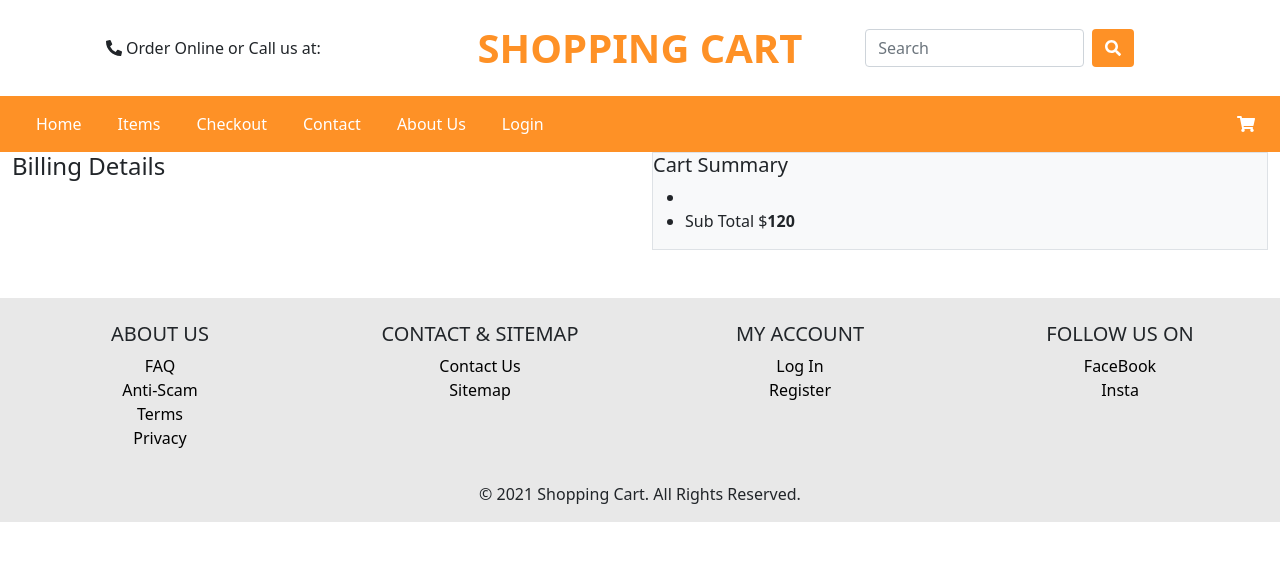
Repository: SaudCh/React-Ecommerce
Page: /checkout
The author's editor kept a copy of each file at every save. The page is drawn from the files as they stood at one save, then again after the next save.
The browser window is 1280 px wide. The pictures show the whole page.
The project was rebuilt for these pictures with package versions that can differ from the ones it lists, and the page was loaded fresh each time. Also part of the build but not shown: src/App.css, src/Home/Carousel.jsx, src/data/items.js, src/data/discounted.js, src/Home/Card.jsx, src/Home/home.jsx, src/Login/Login.jsx, src/Register/register.jsx and 5 more.

Above is the page before, as saved 2021-12-27 21:36:51.

### src/App.js
import "./App.css";
import Header from "./Header/Header";
import "../node_modules/bootstrap/dist/css/bootstrap.min.css";
import "../node_modules/bootstrap/dist/js/bootstrap.bundle.min";
import Home from "./Home/home";
import { BrowserRouter, Switch, Route } from "react-router-dom";
import Login from "./Login/Login";
import Register from "./Register/register";
import Item from "./Item/item";
import Footer from "./Footer/Footer";
import React, { useState } from "react";
import Cart from "./Cart/Cart";
import CheckOut from "./CheckOut/CheckOut";
import Items from "./AllItems/items";

function App() {
  const [cart, setCart] = useState([]);
  const cartHandler = (prod) => {
    //console.log(prod);
    setCart((product) => [...product, prod]);
    //console.log(cart);
  };
  const removeCart = (id) => {
    //console.log(id);
    setCart((c) => {
      return c.filter((ca) => ca.id !== id);
    });
  };
  return (
    <BrowserRouter>
      <Header cart={cart} />
      <Switch>
        <Route path="/" exact>
          <Home cartHandler={cartHandler} />
        </Route>
        <Route path="/product/:pid" exact>
          <Item />
        </Route>
        <Route path="/products" exact>
          <Items cartHandler={cartHandler} />
        </Route>
        <Route path="/login" exact>
          <Login />
        </Route>
        <Route path="/register" exact>
          <Register />
        </Route>
        <Route path="/cart" exact>
          {/* <Register /> */}
          <Cart cart={cart} removeCart={removeCart} />
        </Route>
        <Route path="/checkout" exact>
          <CheckOut />
        </Route>
      </Switch>
      <Footer />
    </BrowserRouter>
  );
}

export default App;

### src/Header/Header.jsx
import {
  faPhoneAlt,
  faSearch,
  faShoppingCart,
} from "@fortawesome/free-solid-svg-icons";
import { FontAwesomeIcon } from "@fortawesome/react-fontawesome";
import React from "react";
import { Link } from "react-router-dom";
import "./Header.css";

export default function Header(props) {
  return (
    <div>
      <nav className="container-fluid  my-4">
        <div className="row align-items-center">
          <div className="col-12 col-md-4 my-2 my-lg-0 text-center ">
            <p className="m-0 p-0">
              <FontAwesomeIcon icon={faPhoneAlt} /> Order Online or Call us at:{" "}
            </p>
          </div>
          <div className="col-12 col-md-4 my-2 my-lg-0 text-center">
            <p className="m-0 fw-bold h1" style={{ color: "#fe9126" }}>
              SHOPPING CART
            </p>
          </div>
          <div className="col-12 col-md-4 my-2 my-lg-0 text-center">
            <form class="d-flex col-12 col-lg-8">
              <input
                class="form-control me-2"
                type="search"
                placeholder="Search"
                aria-label="Search"
              />
              <button
                class="btn text-white"
                style={{ backgroundColor: "#fe9126" }}
                type="submit"
              >
                <FontAwesomeIcon icon={faSearch} />
              </button>
            </form>
          </div>
        </div>
      </nav>
      <nav
        class="navbar navbar-expand-md navbar-dark"
        style={{ backgroundColor: "#fe9126" }}
      >
        <div class="container-fluid">
          <Link class="navbar-brand" href="#"></Link>

          <button
            class="navbar-toggler"
            type="button"
            data-bs-toggle="collapse"
            data-bs-target="#navbarSupportedContent"
            aria-controls="navbarSupportedContent"
            aria-expanded="false"
            aria-label="Toggle navigation"
          >
            <span class="navbar-toggler-icon"></span>
          </button>
          <div class="collapse navbar-collapse" id="navbarSupportedContent">
            <ul class="navbar-nav me-auto mb-2 mb-lg-0 nav-ul">
              <li class="nav-item">
                <Link class="nav-link  text-white" aria-current="page" to="/">
                  Home
                </Link>
              </li>
              <li class="nav-item">
                <Link class="nav-link  text-white" to="/products">
                  Items
                </Link>
              </li>

              <li class="nav-item">
                <Link
                  class="nav-link text-white"
                  to="/checkout"
                  tabindex="-1"
                  aria-disabled="true"
                >
                  Checkout
                </Link>
              </li>
              <li class="nav-item">
                <Link
                  class="nav-link text-white"
                  to="#"
                  tabindex="-1"
                  aria-disabled="true"
                >
                  Contact
                </Link>
              </li>
              <li class="nav-item">
                <Link
                  class="nav-link text-white"
                  to="#"
                  tabindex="-1"
                  aria-disabled="true"
                >
                  About Us
                </Link>
              </li>
              <li class="nav-item">
                <Link
                  class="nav-link text-white"
                  to="/login"
                  tabindex="-1"
                  aria-disabled="true"
                >
                  Login
                </Link>
              </li>
            </ul>
            <Link to="/cart" className="btn text-white">
              <FontAwesomeIcon icon={faShoppingCart} />
              {props.cart.length ? (
                <span
                  className="bg-danger"
                  style={{
                    borderRadius: "50%",
                    position: "absolute",
                    top: 10,
                    right: 10,
                    height: 20,
                    width: 20,
                    display: "flex",
                    alignItems: "center",
                    justifyContent: "center",
                  }}
                >
                  {props.cart.length}
                </span>
              ) : null}
            </Link>
          </div>
        </div>
      </nav>
    </div>
  );
}

### src/Footer/Footer.jsx
import React from "react";
import "./footer.css";

export default function Footer() {
  return (
    <footer
      style={{ backgroundColor: "#e8e8e8" }}
      class="page-footer font-small blue pt-4 mt-5"
    >
      <div class="container-fluid text-center text-md-left">
        <div class="row">
          <div class="col-md-3 mb-md-0 mb-3">
            <h5 class="text-uppercase">ABOUT US</h5>

            <ul class="list-unstyled">
              <li>
                <a href="#!">FAQ</a>
              </li>
              <li>
                <a href="#!">Anti-Scam</a>
              </li>
              <li>
                <a href="#!">Terms</a>
              </li>
              <li>
                <a href="#!">Privacy</a>
              </li>
            </ul>
          </div>
          <div class="col-md-3 mb-md-0 mb-3">
            <h5 class="text-uppercase">CONTACT & SITEMAP</h5>

            <ul class="list-unstyled">
              <li>
                <a href="#!">Contact Us</a>
              </li>
              <li>
                <a href="#!">Sitemap</a>
              </li>
            </ul>
          </div>
          <div class="col-md-3 mb-md-0 mb-3">
            <h5 class="text-uppercase">MY ACCOUNT</h5>

            <ul class="list-unstyled">
              <li>
                <a href="#!">Log In</a>
              </li>
              <li>
                <a href="#!">Register</a>
              </li>
            </ul>
          </div>

          <div class="col-md-3 mb-md-0 mb-3">
            <h5 class="text-uppercase">FOLLOW US ON</h5>

            <ul class="list-unstyled">
              <li>
                <a href="#!">FaceBook</a>
              </li>
              <li>
                <a href="#!">Insta</a>
              </li>
            </ul>
          </div>
        </div>
      </div>

      <div class="footer-copyright text-center py-3">
        © 2021 Shopping Cart. All Rights Reserved.
      </div>
    </footer>
  );
}

### src/CheckOut/CheckOut.jsx
import React from "react";

export default function CheckOut() {
  return (
    <div className="container-fluid">
      <div className="row">
        <div className="col-6">
          <h4>Billing Details</h4>
        </div>
        <div className="col-6">
          <div className="border bg-light">
            <h5>Cart Summary</h5>
            <ul>
              <li></li>
              <li>
                Sub Total $<strong>120</strong>
              </li>
            </ul>
          </div>
        </div>
      </div>
    </div>
  );
}

### src/Header/Header.css
.nav-ul li {
  margin-right: 20px;
}

### src/Footer/footer.css
* {
  margin: 0;
  padding: 0;
}
.links {
  color: black;
  text-decoration: none;
}
.links:hover {
  color: black;
}

footer a {
  color: black;
  text-decoration: none;
}
footer a:hover {
  color: black;
}

Loaded but not shown: public/index.html (common file); src/index.js (common file); src/reportWebVitals.js (common file)

After the next save:
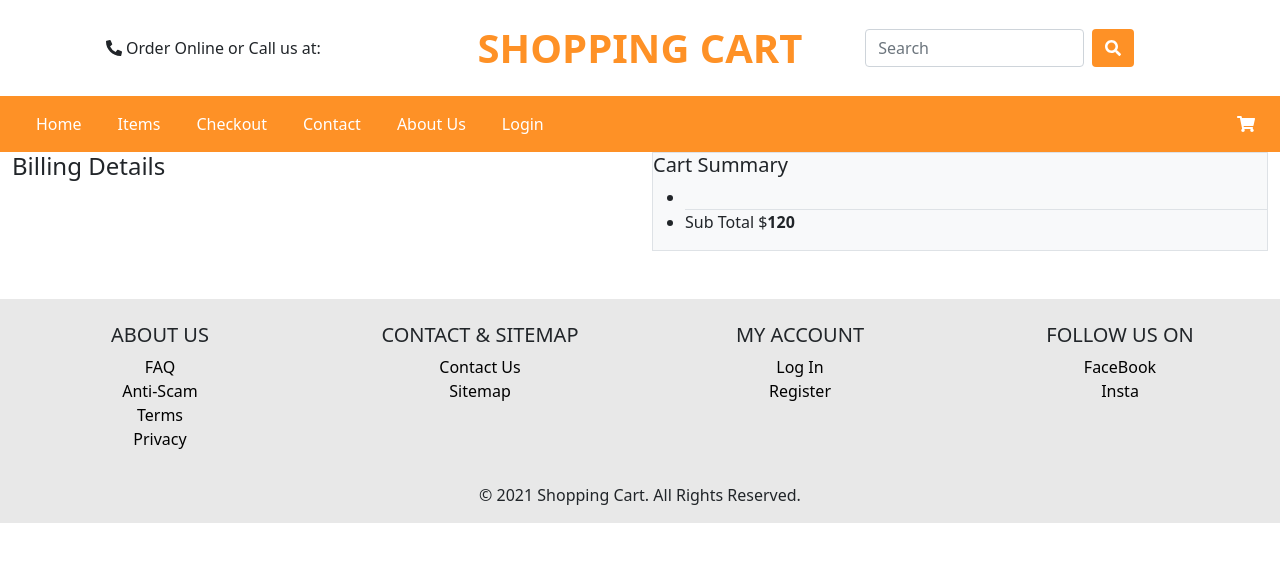
Saved 14 s later.
--- a/src/CheckOut/CheckOut.jsx
+++ b/src/CheckOut/CheckOut.jsx
@@ -11,7 +11,7 @@ export default function CheckOut() {
           <div className="border bg-light">
             <h5>Cart Summary</h5>
             <ul>
-              <li></li>
+              <li className="border-bottom"></li>
               <li>
                 Sub Total $<strong>120</strong>
               </li>
